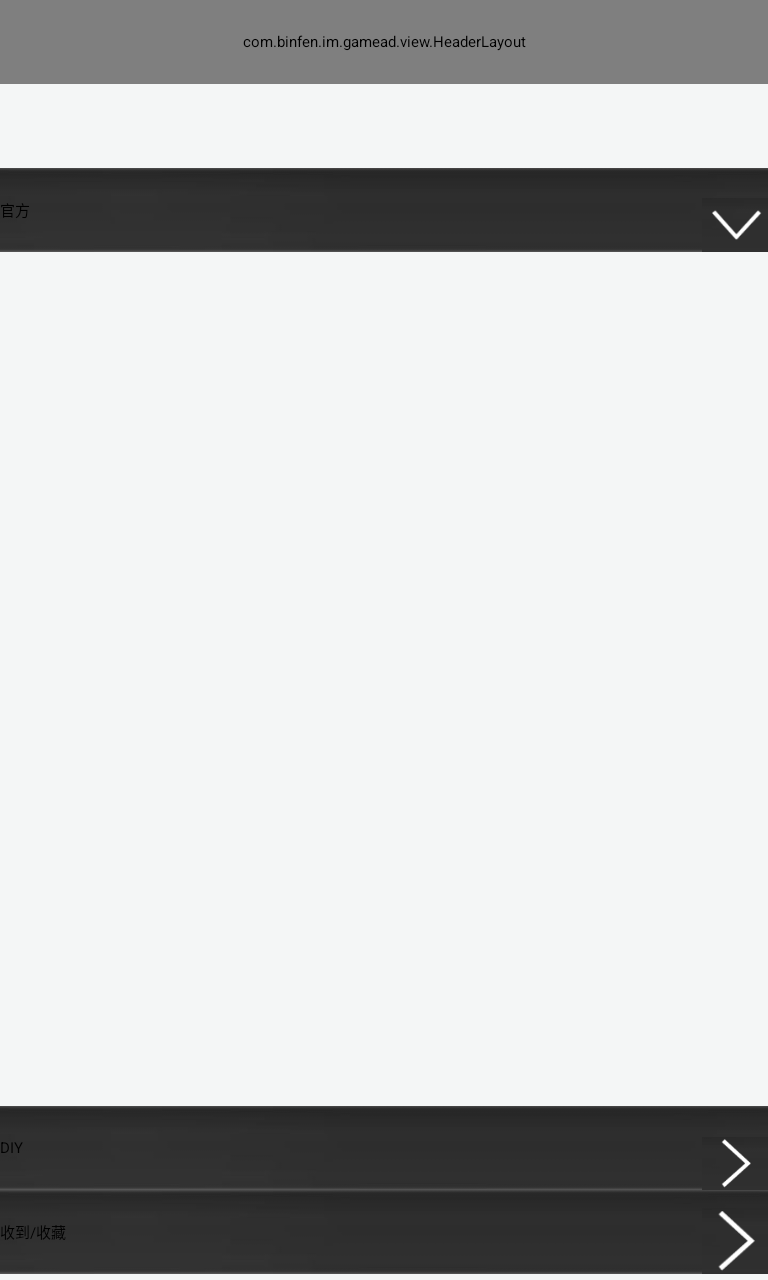
Repository: hosle/gad2
Layout: gamead_IM2/res/layout/xxh_gamelayout1.xml
The author's editor kept a copy of each file at every save. The layout is drawn from the files as they stood at one save, then again after the next save.
Pictures or frames that could not be fetched are drawn as grey boxes. It is drawn on a 768 x 1280 px phone screen (xhdpi) without system bars, with theme AppTheme; the app's code is not run. Lists and similar views that code fills are empty.

Above is the layout before, as saved 2015-06-26 06:48:35.

After the next save:
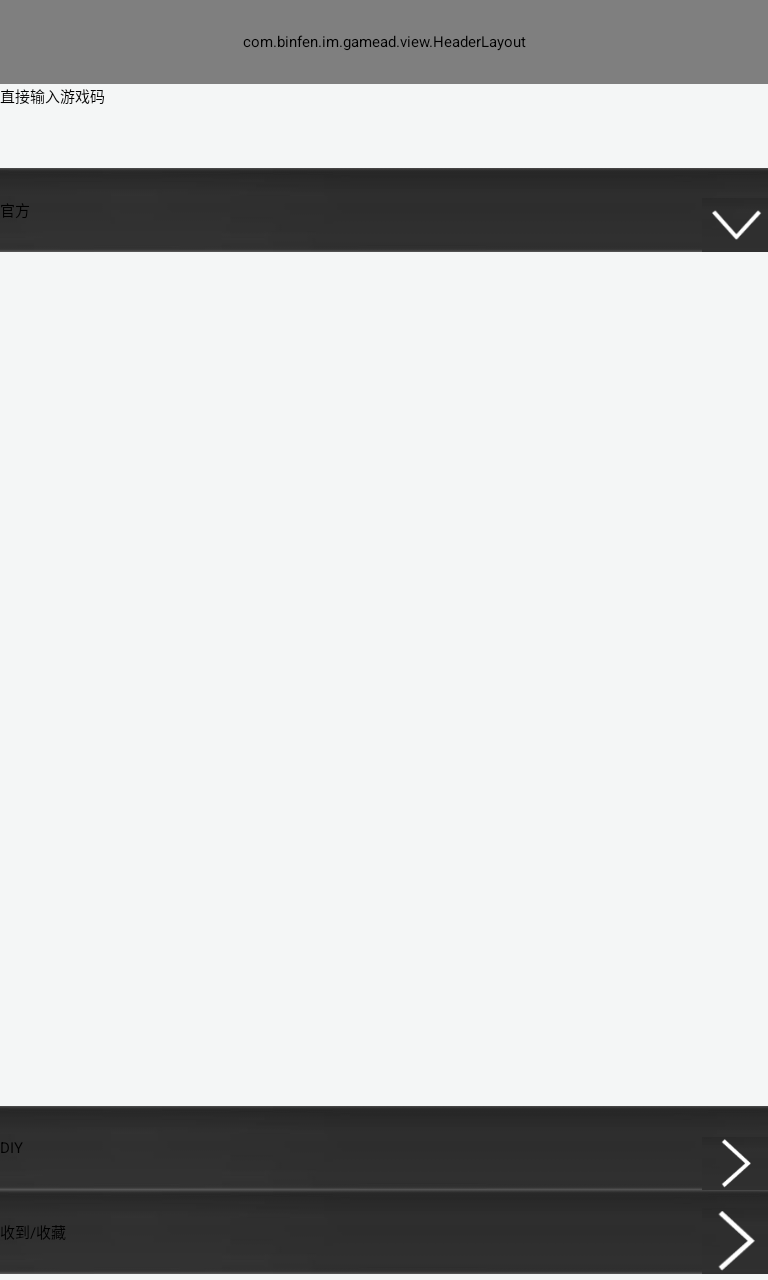
Saved 29 s later.
--- a/gamead_IM2/res/layout/xxh_gamelayout1.xml
+++ b/gamead_IM2/res/layout/xxh_gamelayout1.xml
@@ -23,6 +23,8 @@
             android:layout_width="match_parent"
             android:layout_height="42dp">
             <EditText android:id="@+id/edt_gamecode"
+                android:layout_height="match_parent"
+                android:layout_weight="1"
                 android:hint="@string/hintgamecode"/>
 
         </LinearLayout>
